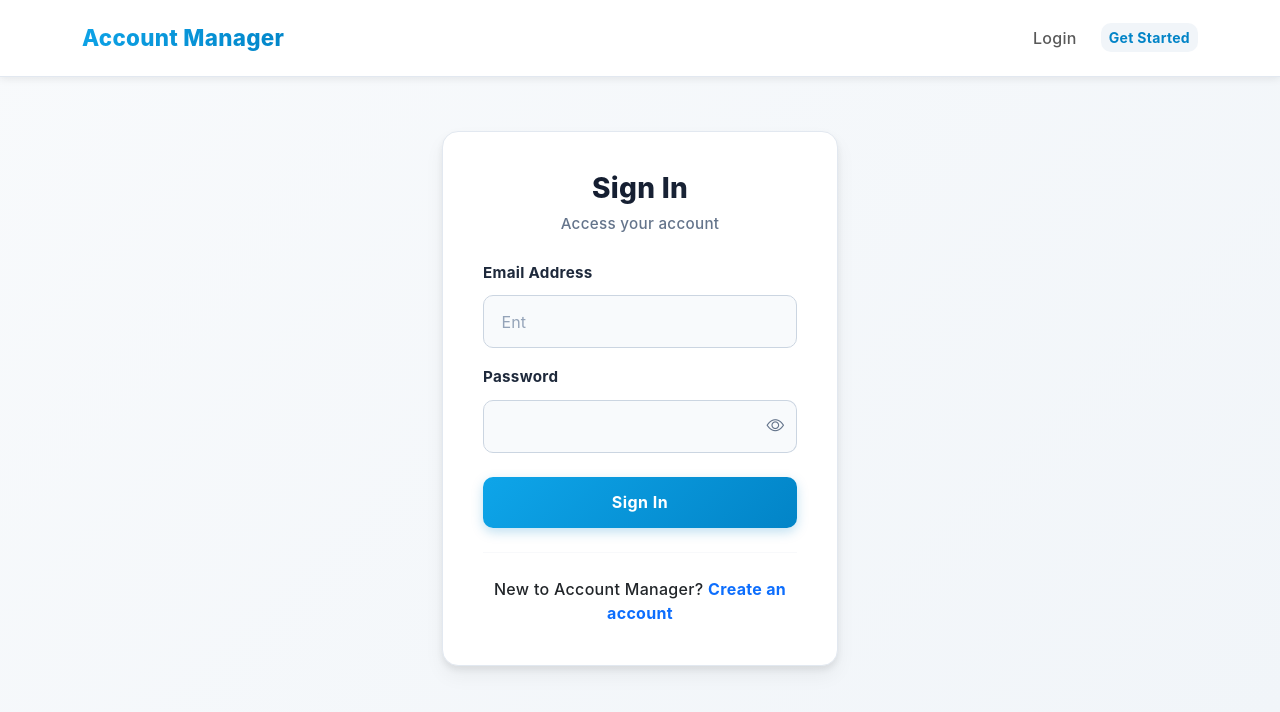
Repository: dharmik2910/Chaintech-Account-Manager
Page: /
The author's editor kept a copy of each file at every save. The page is drawn from the files as they stood at one save, then again after the next save.
The browser window is 1280 px wide. The pictures show the whole page.
The project was rebuilt for these pictures with package versions that can differ from the ones it lists, and the page was loaded fresh each time. Also part of the build but not shown: vite.config.js, src/pages/AccountPage.jsx, src/pages/RegisterPage.jsx.

Above is the page before, as saved 2025-12-16 20:42:17.

After the next save:
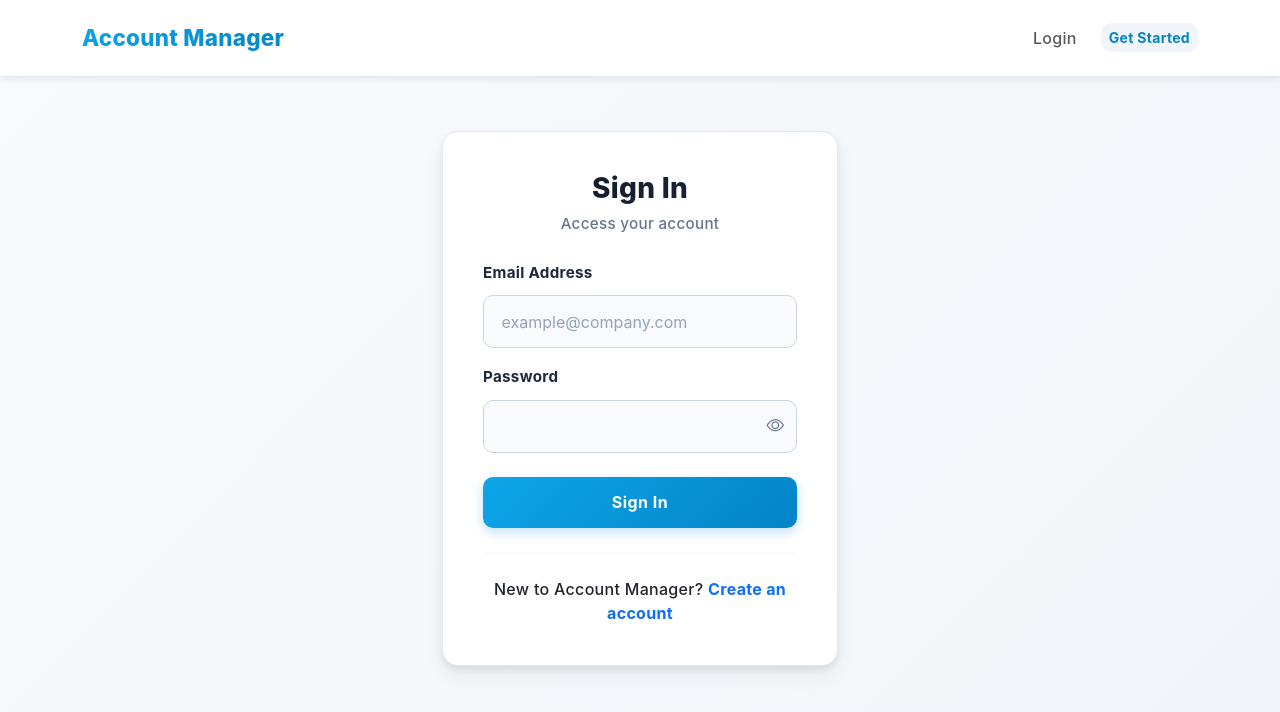
Saved 47 s later.
--- a/src/pages/LoginPage.jsx
+++ b/src/pages/LoginPage.jsx
@@ -93,7 +93,7 @@ function LoginPage() {
                   className={`form-control ${errors.email ? 'is-invalid' : ''}`}
                   value={email}
                   onChange={(e) => handleFieldChange('email', e.target.value)}
-                  placeholder="Ent"
+                  placeholder="example@company.com"
                   required
                 />
                 {errors.email && (
